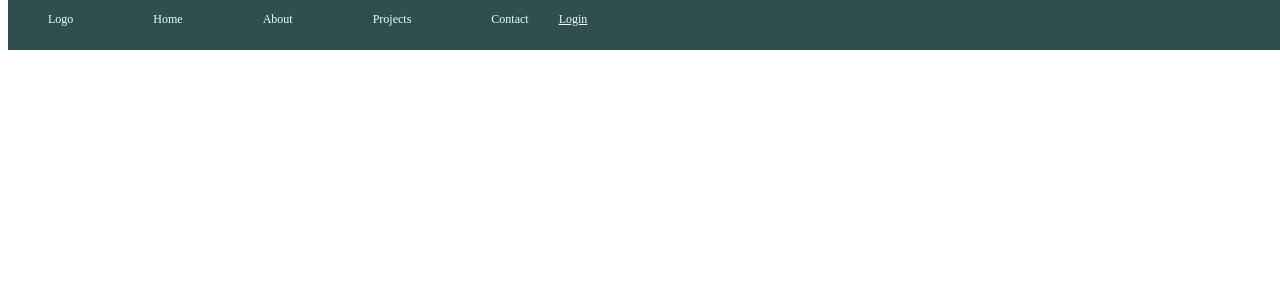
Repository: congle98/CSS_LayoutRWDCoBan
Page: index.html
An editor plug-in stored every save of this project. The page is shown before and after a run of saves, followed by the edit.
The browser window is 1280 px wide. The pictures show the whole page.

Above is the page before, as saved 2021-05-26 16:06:40.

### index.html
<!DOCTYPE html>
<html lang="en">
<head>
    <meta charset="UTF-8">
    <meta http-equiv="X-UA-Compatible" content="IE=edge">
    <meta name="viewport" content="width=device-width, initial-scale=1.0">
    <title>Document</title>
    <style>
        body{
            font-family:'Times New Roman', Times, serif;
            font-size: 12px;
        }
        .header{
            position: fixed;
            top: 0;
            background-color: darkslategray;
            width: 100%;
            height: 50px;

        }
        .header__nav-item{
            position:relative;
            float: left;
            margin-right: 80px;
           list-style-type: none;
        }
        .header__nav-item a{
            color: aliceblue;
            text-decoration: none;
        }
        .header__nav-login{
            color: aliceblue;
            position:relative;
            right: 50px;
        }
    </style>
</head>
<body>
    <div class="app">
        <header class="header">
            <div class="header__nav-list">
                 <ul>
                <li class="header__nav-item"><a href="">Logo</a></li>
                <li class="header__nav-item"><a href="">Home</a></li>
                <li class="header__nav-item"><a href="">About</a></li>
                <li class="header__nav-item"><a href="">Projects</a></li>
                <li class="header__nav-item"><a href="">Contact</a></li>
            </ul>
            </div>
            <div>
                <a class="header__nav-login" href="">Login</a>
            </div>
        </header>

    </div>
</body>
</html>

After the next 8 saves:
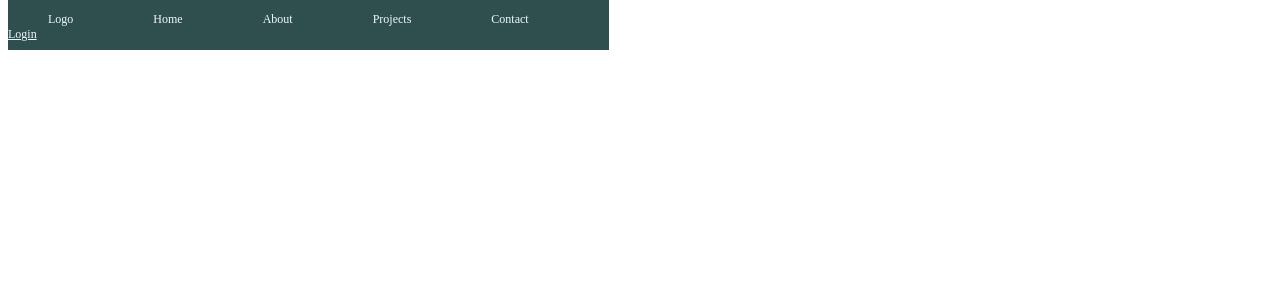
The 8 saves are shown as one change because they came seconds apart.
The last was saved 84 s later.
--- a/index.html
+++ b/index.html
@@ -14,9 +14,7 @@
             position: fixed;
             top: 0;
             background-color: darkslategray;
-            width: 100%;
             height: 50px;
-
         }
         .header__nav-item{
             position:relative;
@@ -31,7 +29,6 @@
         .header__nav-login{
             color: aliceblue;
             position:relative;
-            right: 50px;
         }
     </style>
 </head>

After the 6 saves that followed:
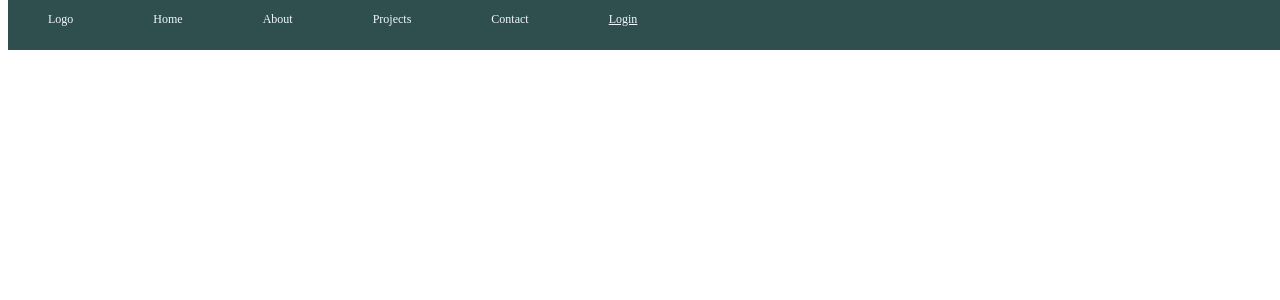
The 6 saves are shown as one change because 2 left the picture as it was and some came seconds apart.
The last was saved 36 s later.
--- a/index.html
+++ b/index.html
@@ -6,6 +6,18 @@
     <meta name="viewport" content="width=device-width, initial-scale=1.0">
     <title>Document</title>
     <style>
+        .col-1 {width: 8.33%;}
+        .col-2 {width: 16.66%;}
+        .col-3 {width: 25%;}
+        .col-4 {width: 33.33%;}
+        .col-5 {width: 41.66%;}
+        .col-6 {width: 50%;}
+        .col-7 {width: 58.33%;}
+        .col-8 {width: 66.66%;}
+        .col-9 {width: 75%;}
+        .col-10 {width: 83.33%;}
+        .col-11 {width: 91.66%;}
+        .col-12 {width: 100%;}
         body{
             font-family:'Times New Roman', Times, serif;
             font-size: 12px;
@@ -33,8 +45,8 @@
     </style>
 </head>
 <body>
-    <div class="app">
-        <header class="header">
+    <div class="app col-12">
+        <header class="header col-12">
             <div class="header__nav-list">
                  <ul>
                 <li class="header__nav-item"><a href="">Logo</a></li>
